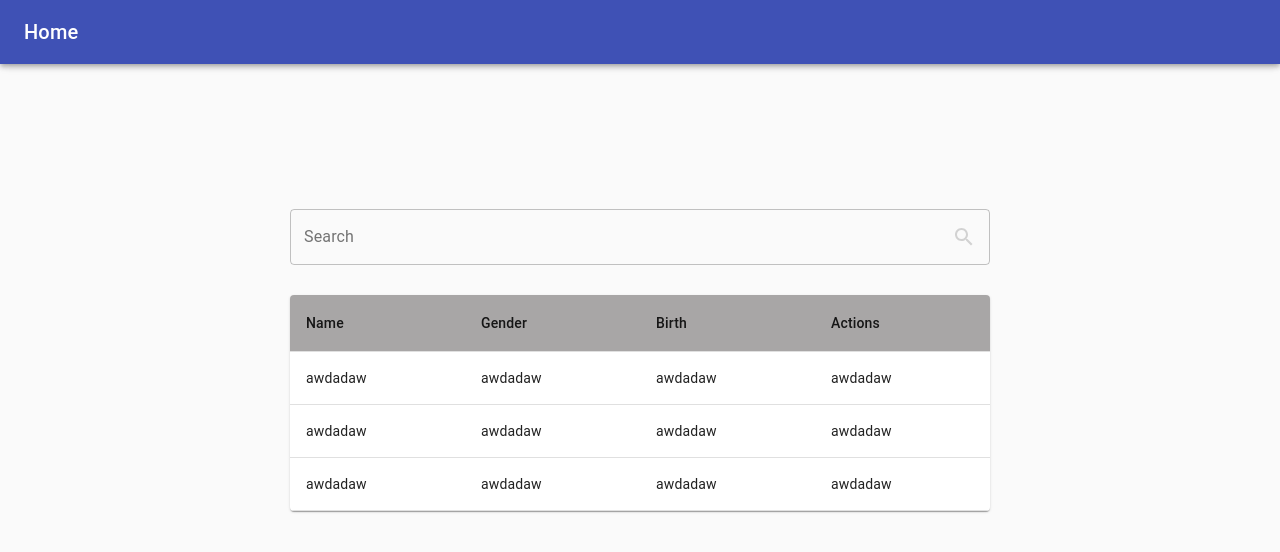
Repository: GabrielBrandaoProjetos/patient-manager
Page: /
These files come from the project's save history. The page is drawn as it stood at one moment and after the next save; the edit follows.
The browser window is 1280 px wide. The pictures show the whole page.
The project was rebuilt for these pictures with package versions that can differ from the ones it lists, and the page was loaded fresh each time.

Above is the page before, as saved 2021-09-14 13:53:17.

After the next save:
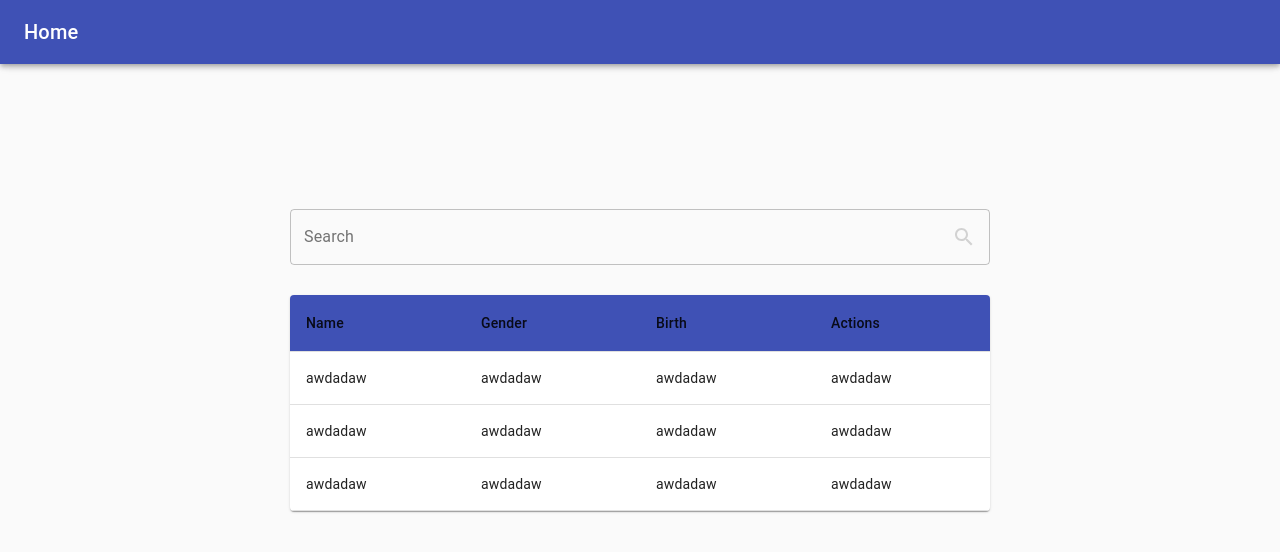
Saved 49 s later.
--- a/src/pages/Home/Home.tsx
+++ b/src/pages/Home/Home.tsx
@@ -36,7 +36,7 @@ const useStyles = makeStyles((theme: Theme) =>
 
     },
     row: {
-      background: "#a8a6a6"
+      background: "#3f51b5"
     },
     cell: {
       //borderRight: "1px solid #928f8f"
